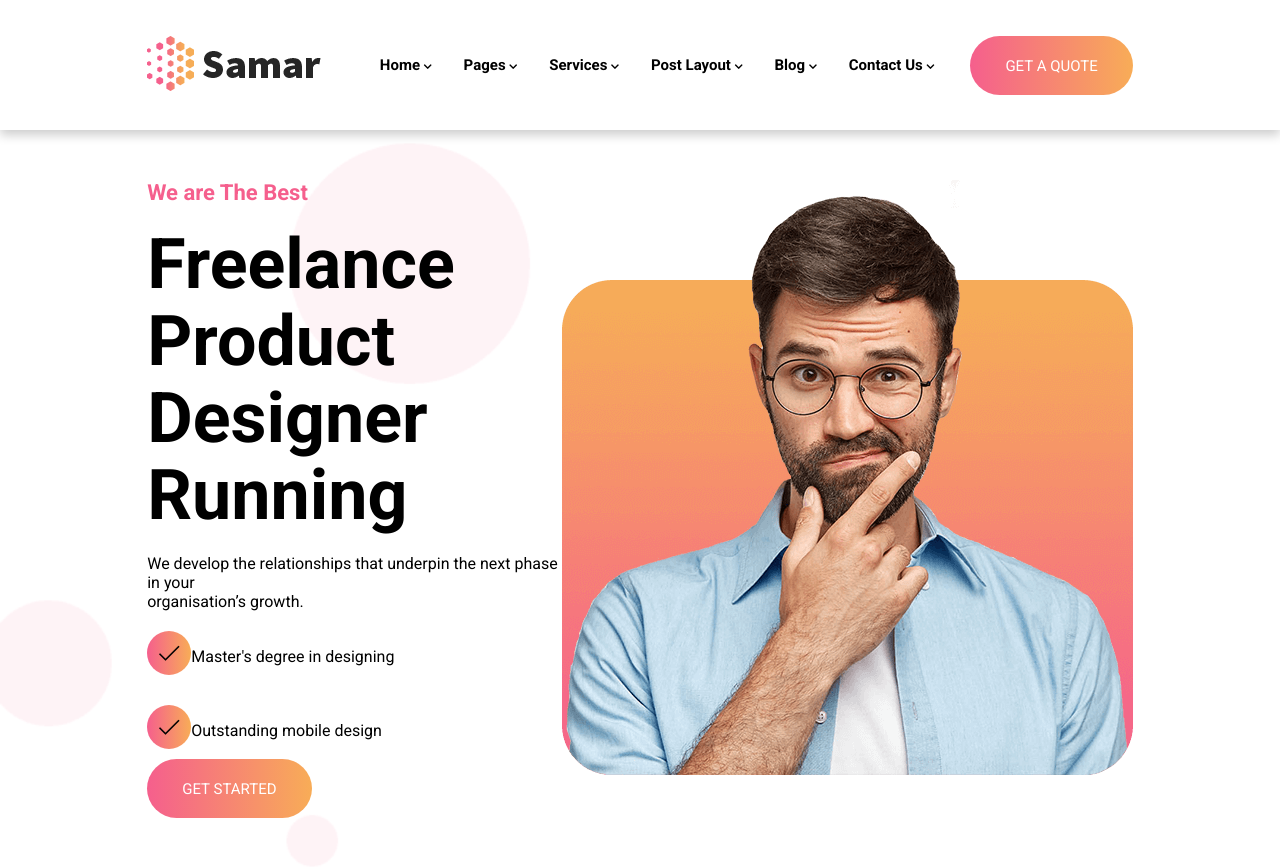
Repository: leequanganh/sammar
Page: html/index.html
The author's editor kept a copy of each file at every save. The page is drawn from the files as they stood at one save, then again after the next save.
The browser window is 1280 px wide. The pictures show the whole page.

Above is the page before, as saved 2021-12-09 14:52:13.

After the next save:
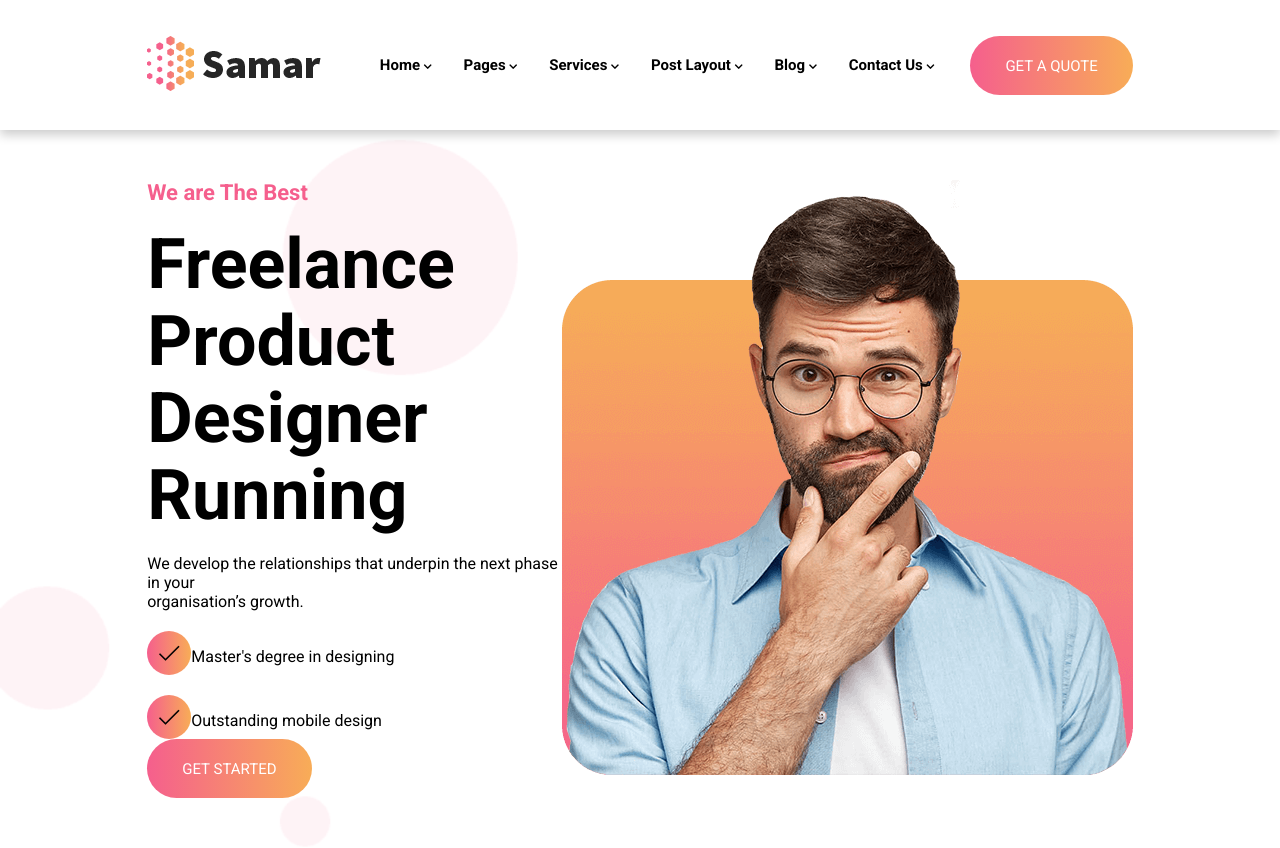
Saved 21 s later.
--- a/css/index.css
+++ b/css/index.css
@@ -142,7 +142,7 @@ span{
     margin-bottom: 20px;
 }
 .banner_text span{
-    margin: 20px 0 10px 0;
+    margin: 20px 0 0 0;
 }
 .banner_text span i{
     font-size: 24px;
